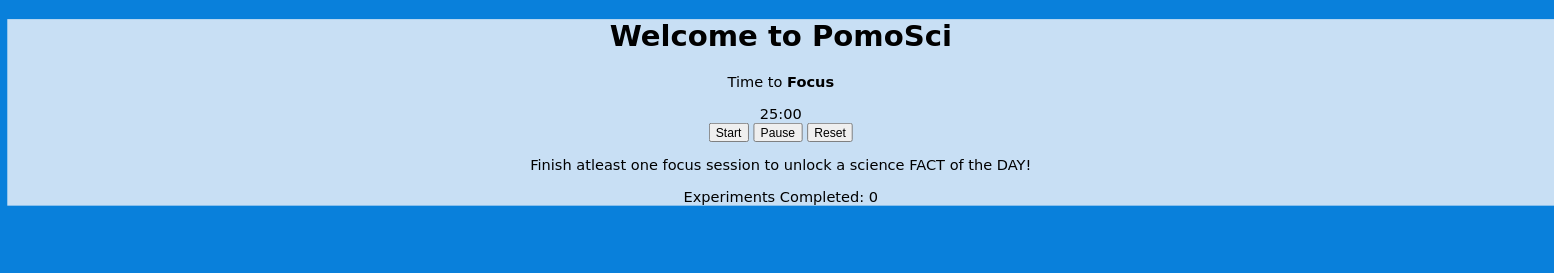
Repository: manayparikh1/Pomosci
Page: index.html
These files come from the project's save history. The page is drawn as it stood at one moment and after the next save; the edit follows.
The browser window is 1280 px wide. The page is 1708 px wide, then 1508 px, so the pictures cover 1708 px, including what lies to the right of the window. The pictures show the whole page, at 91% of full size.

Above is the page before, as saved 2026-11-13 13:13:10.

After the next save:
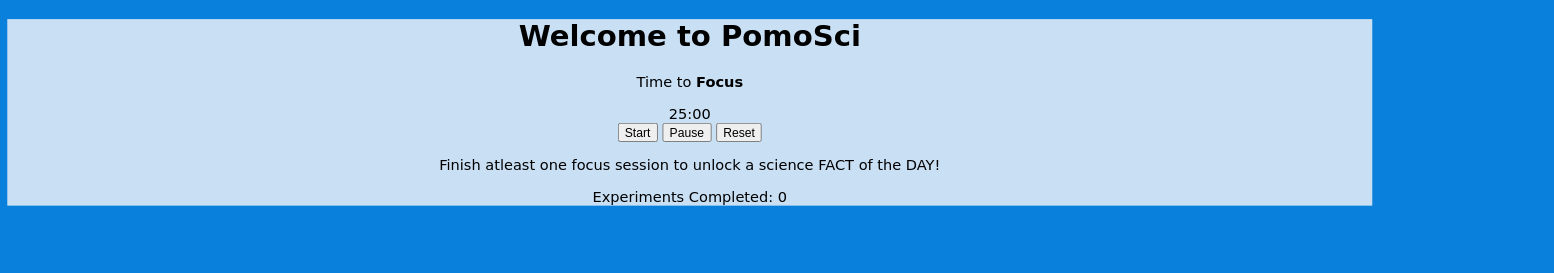
Saved 8 s later.
--- a/index.html
+++ b/index.html
@@ -41,5 +41,5 @@
 
                 .lab_sci {
                     background-color: rgb(200, 223, 244);
-                    width: 1700px;
+                    width: 1500px;
                 }
